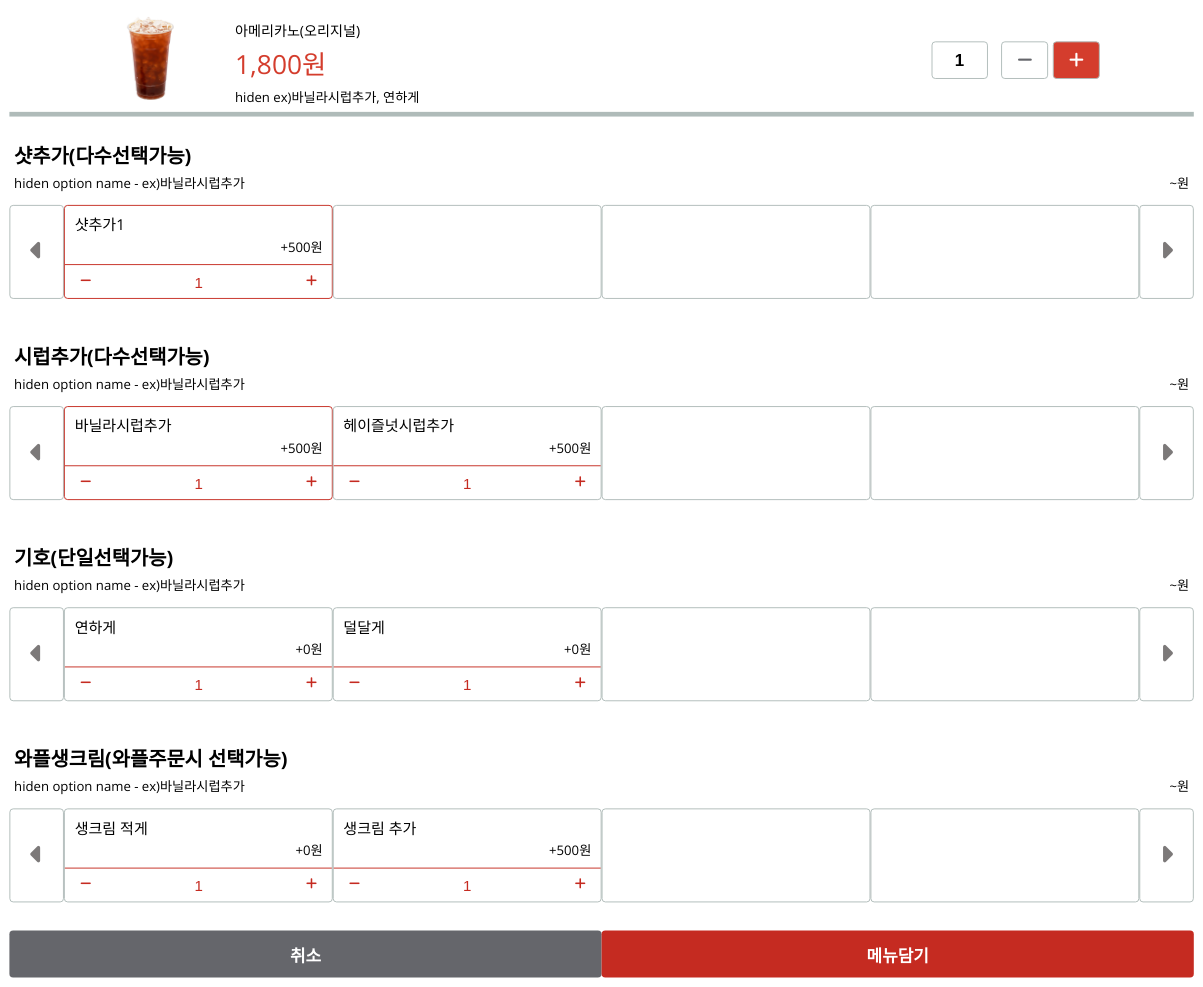
Repository: leebo-ram/tripleacoffee
Page: popup/options.html
An editor plug-in stored every save of this project. The page is shown before and after the next save, followed by the edit.
The browser window is 1280 px wide. The pictures show the whole page, at 94% of full size.
After loading, the first visible `div.prod-buy__quantity` was clicked once.
Some web libraries are served in a nearby version.

Above is the page before, as saved 2023-01-01 20:32:53.

After the next save:
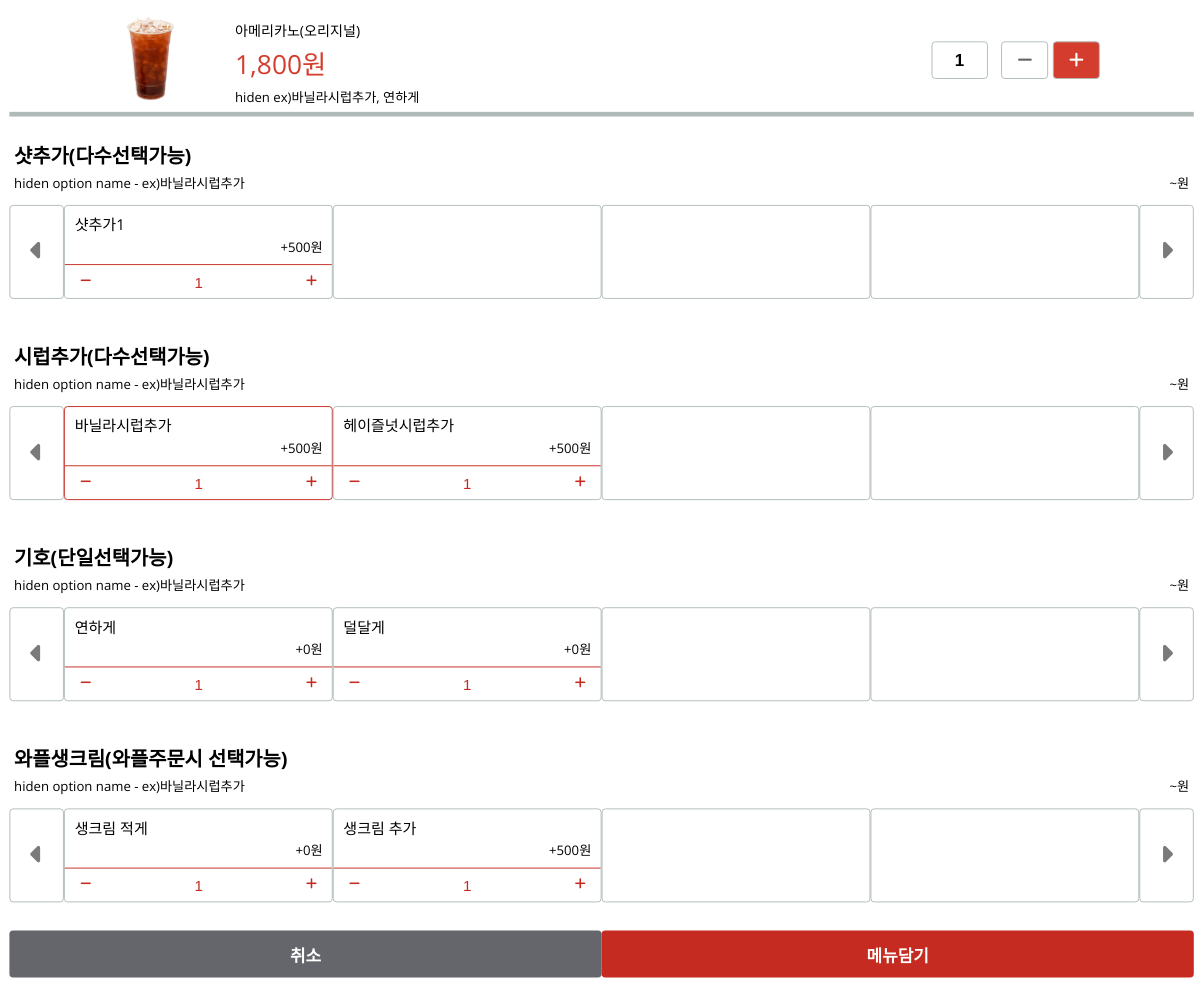
Saved 14 s later.
--- a/options.js
+++ b/options.js
@@ -9,9 +9,9 @@
   const active = document.querySelector('.prod-quantity__form.selected');
     if (active != null) {
       console.log('출력해줘');
+      active.classList.remove('selected');
+    } else {
       e.target.classList.add('selected');
-    } else {
-      active.classList.remove('selected');
       console.log('출');
     }
   });

After the 6 saves that followed:
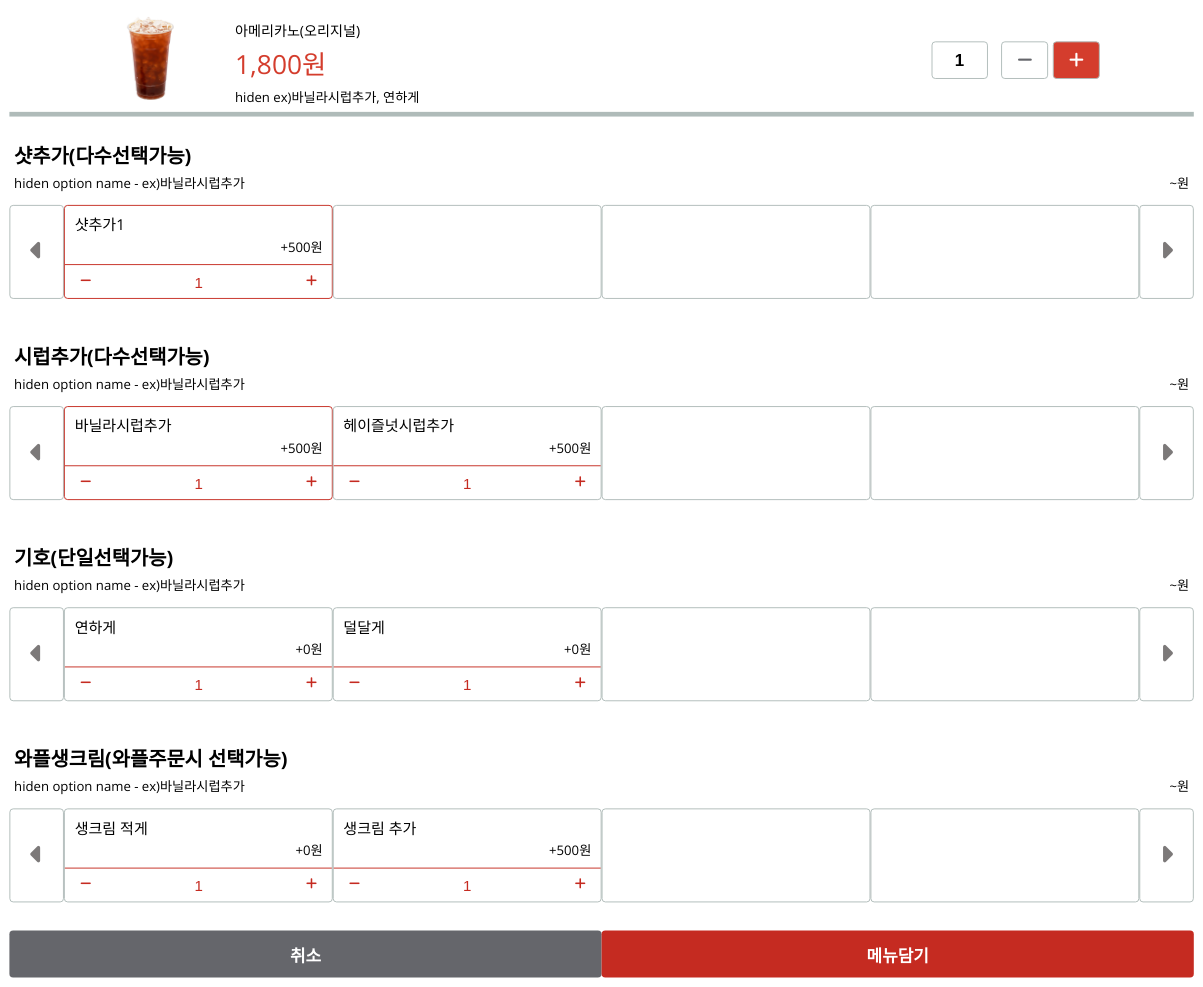
The 6 saves are shown as one change because 5 left the picture as it was.
The last was saved 5 min 20 s later.
--- a/options.js
+++ b/options.js
@@ -4,12 +4,28 @@
 
 
 // 아래 코드는 options.html의 옵션을 선택시에 강조표시하는 코드인데 첫째줄에만 선택이 되고 선택취소는 되지 않는다. , main.js에 취합시 에러때문에 아래코드가 실행되지 않는다.
-const secletOpstions = document.querySelector('.prod-buy__quantity');
-secletOpstions.addEventListener('click', (e) => {
+// const secletOpstions = document.querySelector('.prod-buy__quantity');
+// secletOpstions.addEventListener('click', (e) => {
+//   const active = document.querySelector('.prod-quantity__form.selected');
+//     if (active != null) {
+//       console.log('출력해줘');
+//       active.classList.remove('selected');
+//     } else {
+//       e.target.classList.add('selected');
+//       console.log('출');
+//     }
+//   });
+
+
+  const secletOptions = document.querySelector('.prod-buy__quantity');
+secletOptions.addEventListener('click', (e) => {
   const active = document.querySelector('.prod-quantity__form.selected');
-    if (active != null) {
+  const name = document.querySelector('.quantity__biscriptipn');
+  const price = document.querySelector('.quantity__price');
+  const Opstions = active && name && price;
+    if (Opstions  != null) {
       console.log('출력해줘');
-      active.classList.remove('selected');
+      Opstions.classList.remove('selected');
     } else {
       e.target.classList.add('selected');
       console.log('출');
